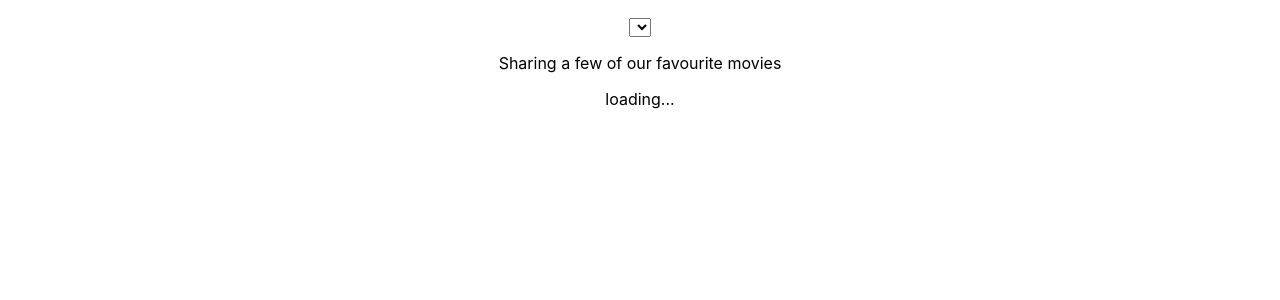
Repository: jklodge/lodge-creates
Page: / (app in plentific-search/)
The author's editor kept a copy of each file at every save. The page is drawn from the files as they stood at one save, then again after the next save.
The browser window is 1280 px wide. The pictures show the whole page.
The page's requests for data from a server got no answer. The project was rebuilt for these pictures with package versions that can differ from the ones it lists, and the page was loaded fresh each time. No one was signed in, and anything a server would have sent is missing. Also part of the build but not shown: plentific-search/src/Components/Search.js.

Above is the page before, as saved 2020-01-12 12:43:14.

### plentific-search/src/App.js
import React, { useState, useEffect } from "react";
import "./App.css";
// import { Table } from "./Components/Table";
import axios from "axios";
import { Route, Link, BrowserRouter as Router } from "react-router-dom";
import Search from "./Components/Search";
import { DropDown } from "./Components/DropDown";

const App = () => {
  const [loading, setLoading] = useState(true);
  const [errorMessage, setErrorMessage] = useState(null);
  const [category, setCategory] = useState([]);
  // const [state, setState] = useState({
  //   categorys: [],
  //   pros: [],
  //   search: ""
  // });

  // const search = searchValue => {
  //   console.log(searchValue);
  //   setLoading(true);
  //   setErrorMessage(null);

  //   fetch(`https://www.omdbapi.com/?s=${searchValue}&apikey=4a3b711b`)
  //     .then(response => response.json())
  //     .then(jsonResponse => {
  //       if (jsonResponse.Response === "True") {
  //         setCategory(jsonResponse.Search);
  //         setLoading(false);
  //       } else {
  //         setErrorMessage(jsonResponse.Error);
  //         setLoading(false);
  //       }
  //     });
  // };

  // useEffect(() => {
  //   async function fetchData() {
  //     const result = await axios(
  //       "https://d1i9eedhsgvpdh.cloudfront.net/production-plentific-static/api-cache/find-a-pro/api/v1/categories/all.json"
  //     );
  //     return result;
  //   }
  //   fetchData().then(result => setState({ categorys: result.name }));
  //   // .then(result => setState({}));
  //   console.log("useEffect hook is called", state);
  // }, []);
  return (
    <div className="App">
      {/* <Header text="HOOKED" /> */}
      {/* <Search search={search} /> */}
      <DropDown />
      <p className="App-intro">Sharing a few of our favourite movies</p>
      <div className="movies">
        {loading && !errorMessage ? (
          <span>loading...</span>
        ) : errorMessage ? (
          <div className="errorMessage">{errorMessage}</div>
        ) : (
          <p></p>
          // movies.map((movie, index) => (
          //   <ProsTable
          //     key={`${index}-${pros.Title}`}
          //     categorys={categorys}
          //   />
          //   <CategoryDropdown
          //     key={`${index}-${pros.Title}`}
          //     categorys={categorys}
          //   />
          // ))
        )}
      </div>
    </div>
  );
};

export default App;

### plentific-search/src/Components/DropDown.js
import React, { useState, useEffect } from "react";
import axios from "axios";
import { stat } from "fs";
export const DropDown = () => {
  const [loading, setLoading] = useState(true);
  const [errorMessage, setErrorMessage] = useState(null);
  // const [selectedCat, setCategory] = useState("Category");
  const [state, setState] = useState({
    data: [],
    search: ""
  });

  const handleChange = e => {
    console.log(e.target);
    setState({ selectedCat: [e.target.value] });
    console.log(state.dropDown);
  };

  // fetch(
  //   "https://d1i9eedhsgvpdh.cloudfront.net/production-plentific-static/api-cache/find-a-pro/api/v1/categories/all.json"
  // )
  //   .then(response => response.json())
  //   .then(jsonResponse => {
  //     if (jsonResponse) {
  //       // setState({ data: jsonResponse });
  //       setLoading(false);
  //     } else {
  //       setErrorMessage(jsonResponse.Error);
  //       setLoading(false);
  //     }
  //   });

  useEffect(() => {
    async function fetchData() {
      const result = await axios(
        "https://d1i9eedhsgvpdh.cloudfront.net/production-plentific-static/api-cache/find-a-pro/api/v1/categories/all.json"
      );
      return result;
    }
    fetchData().then(result => setState({ data: result.data }));
    // .then(result => setState({}));
    console.log("useEffect hook is called", state);
  }, []);
  console.log("useEffect hook is called", state);
  const List = state.data;
  return (
    <div className="input">
      <p>{List.id}</p>
      <select
        onChange={e => handleChange(e)}
        className="browser-default custom-select"
      >
        {List.id}
        {/* {state.data.map((category, key) => (
          <option key={key} value={category}>
            {category}
          </option>
        ))} */}
      </select>
    </div>
  );
};

Loaded but not shown: plentific-search/public/index.html (common file); plentific-search/src/index.js (common file); plentific-search/src/index.css (common file); plentific-search/src/serviceWorker.js (common file); plentific-search/src/App.css (common file)

After the next save:
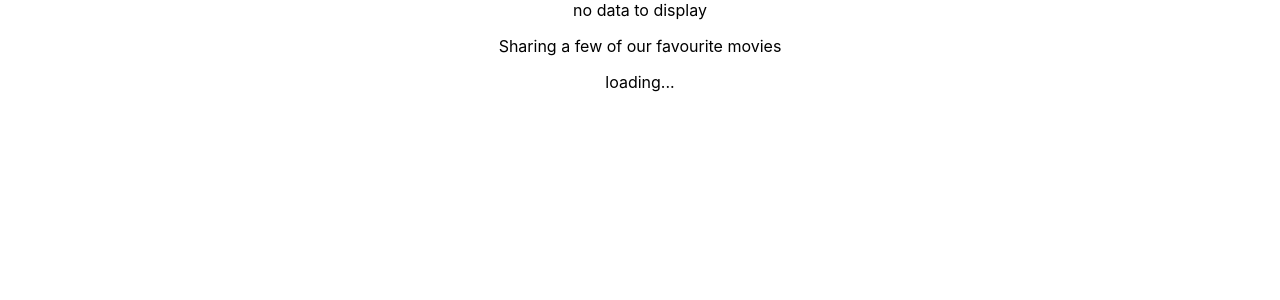
Saved 60 s later.
--- a/plentific-search/src/Components/DropDown.js
+++ b/plentific-search/src/Components/DropDown.js
@@ -43,7 +43,9 @@ export const DropDown = () => {
   }, []);
   console.log("useEffect hook is called", state);
   const List = state.data;
-  return (
+  return !state.data.id ? (
+    "no data to display"
+  ) : (
     <div className="input">
       <p>{List.id}</p>
       <select
